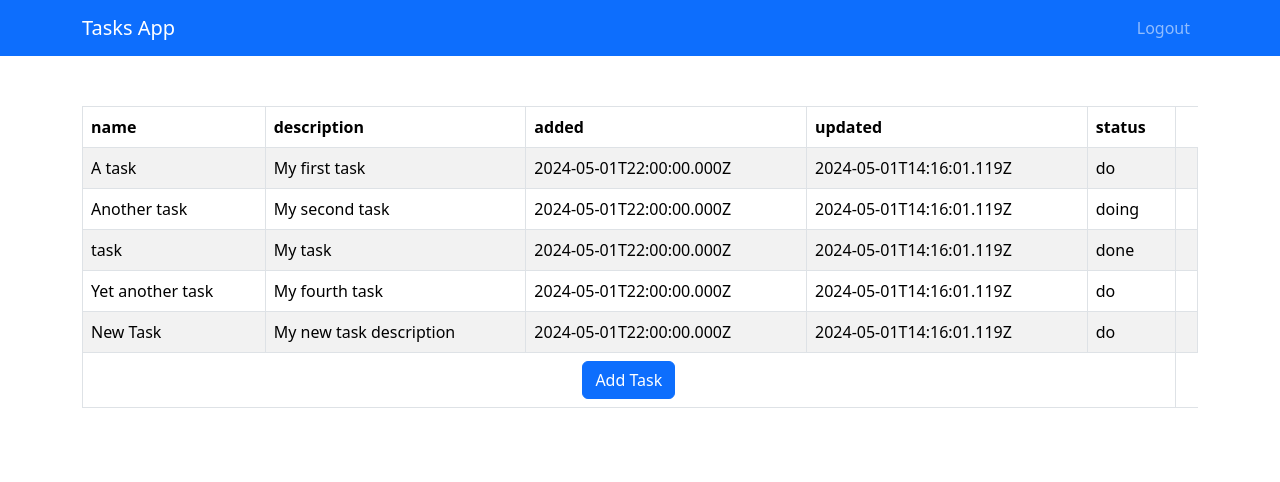
Repository: trider/react-task-manager
Page: /#/tasks
These files come from the project's save history. The page is drawn as it stood at one moment and after the next save; the edit follows.
The browser window is 1280 px wide. The pictures show the whole page.
The project was rebuilt for these pictures with package versions that can differ from the ones it lists, and the page was loaded fresh each time. Also part of the build but not shown: src/App.css, src/data/_Users.js, src/pages/Login.js.

Above is the page before, as saved 2024-05-06 15:20:07.

After the next save:
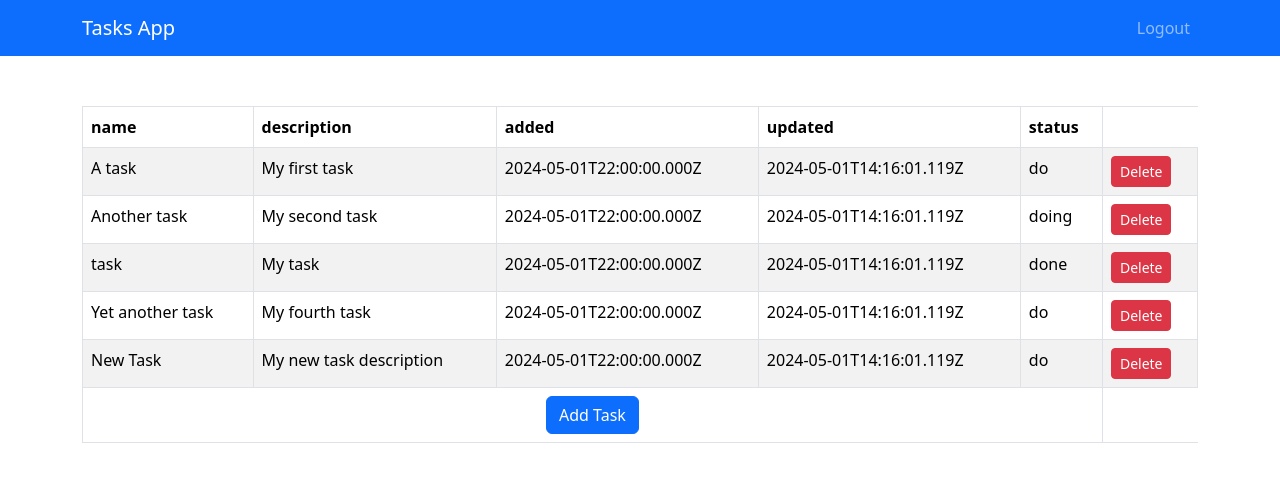
Saved 28 s later.
--- a/src/pages/Task.js
+++ b/src/pages/Task.js
@@ -27,6 +27,10 @@ const TaskTable = () => {
               <td key={col}>{task[col]}</td>
             ))}
             <td>
+
+            <Button  variant="danger" size='sm'>
+            Delete
+          </Button>
 
 
             </td>
